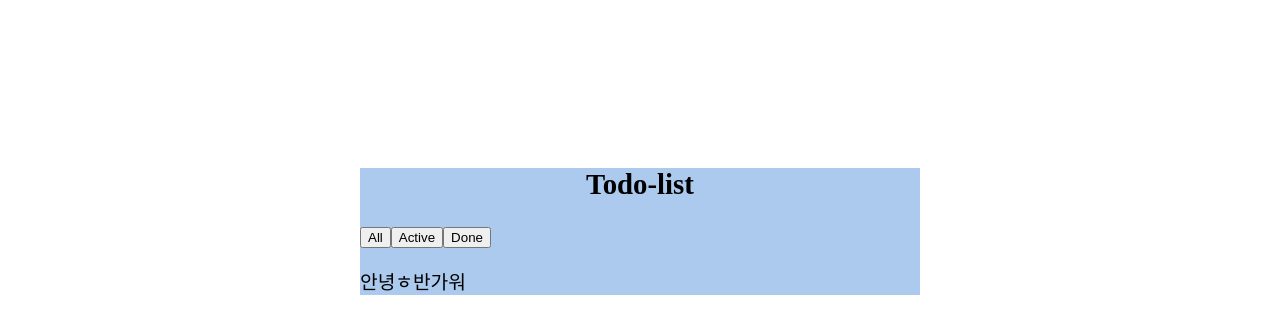
Repository: Yugayoung/todoList
Page: /
The author's editor kept a copy of each file at every save. The page is drawn from the files as they stood at one save, then again after the next save.
The browser window is 1280 px wide. The pictures show the whole page.
Some web fonts or font styles are not loaded; a fallback is used. The project was rebuilt for these pictures with package versions that can differ from the ones it lists, and the page was loaded fresh each time. Also part of the build but not shown: src/App.css.

Above is the page before, as saved 2024-03-21 01:04:00.

After the next save:
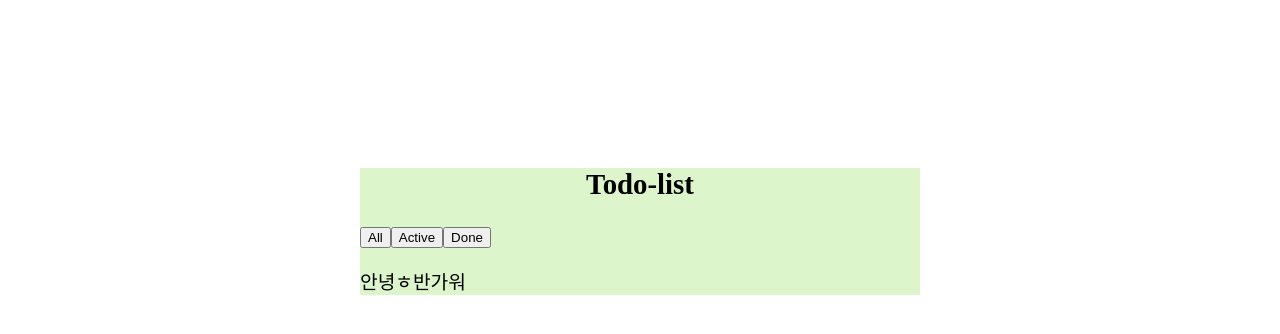
Saved 8 s later.
--- a/src/pages/todo.jsx
+++ b/src/pages/todo.jsx
@@ -7,7 +7,7 @@ const Title = styled.h2`
 `;
 
 const TodoList = styled.section`
-  background-color: #abcaed;
+  background-color: #dcf5ca;
 `;
 
 export default function Todo() {
